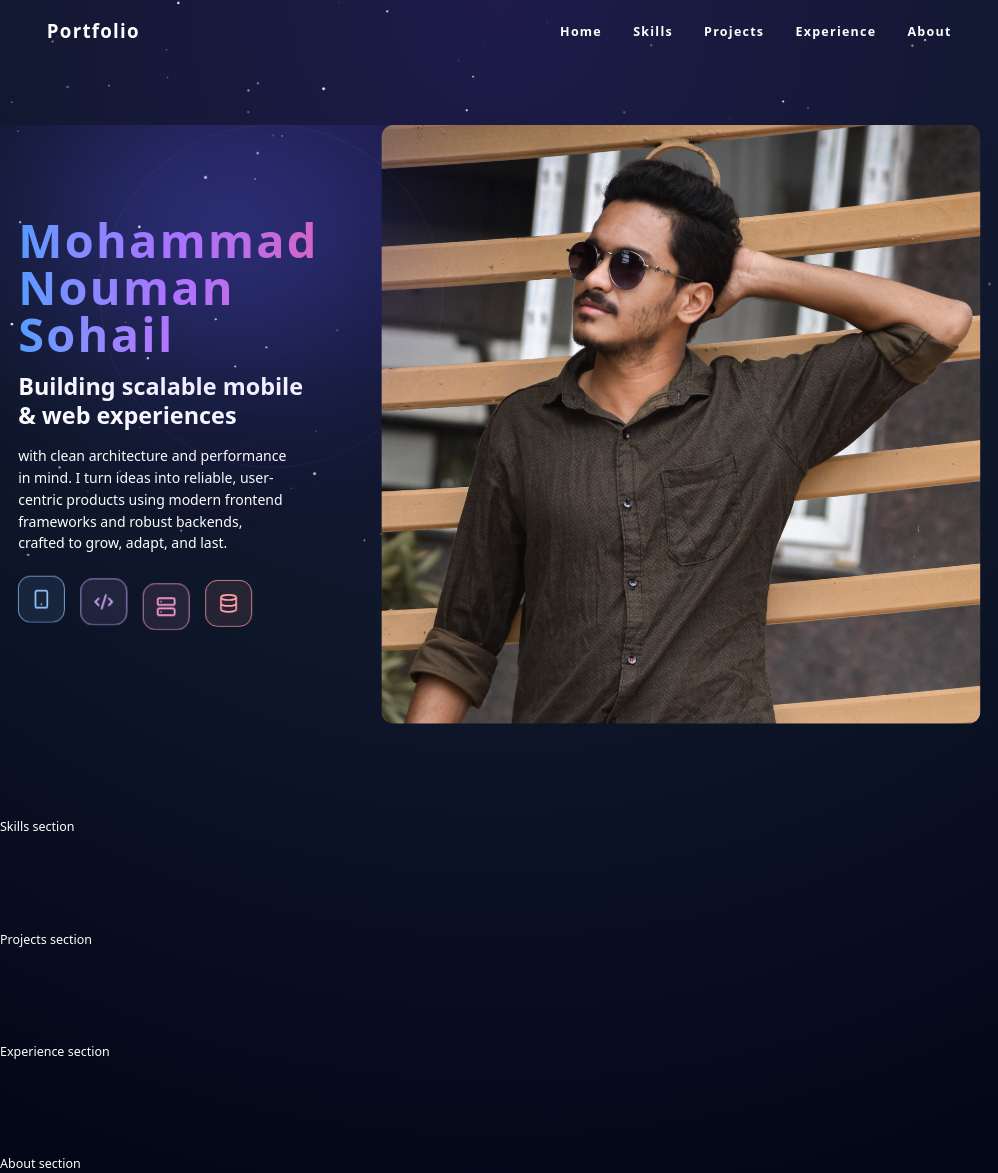
Repository: NoumanSohail/Nouman-Sohail-Portfolio
Page: /
These files come from the project's save history. The page is drawn as it stood at one moment and after the next save; the edit follows.
The browser window is 1280 px wide. The pictures show the whole page, at 78% of full size.
The project was rebuilt for these pictures with package versions that can differ from the ones it lists, and the page was loaded fresh each time. The framework's server and built-in components were replaced by stand-ins that run in the browser. Also part of the build but not shown: next.config.ts.

Above is the page before, as saved 2026-01-24 20:02:20.

### app/layout.tsx
import type { Metadata } from "next";
import { Geist, Geist_Mono } from "next/font/google";
import "./globals.css";
import Navbar from "./components/header/Navbar";
import StarBackground from "./components/ui/StarBackground";

const geistSans = Geist({
  variable: "--font-geist-sans",
  subsets: ["latin"],
});

const geistMono = Geist_Mono({
  variable: "--font-geist-mono",
  subsets: ["latin"],
});

export const metadata: Metadata = {
  title: "Create Next App",
  description: "Generated by create next app",
};

export default function RootLayout({
  children,
}: Readonly<{
  children: React.ReactNode;
}>) {
  return (
    <html lang="en">
      <body
        className={`${geistSans.variable} ${geistMono.variable} antialiased`}
      >
        <StarBackground />
        <Navbar />
        {children}
      </body>
    </html>
  );
}

### app/page.tsx
import React from 'react'
import Hero from './components/sections/Hero'
import Skills from './components/sections/Skills'
import Projects from './components/sections/Projects'
import Experience from './components/sections/Experience'
import About from './components/sections/About'

const page = () => {
  return (
    <div>
      <Hero />
      <Skills />
      <Projects />
      <Experience />
      <About />
    </div>
  )
}

export default page

### app/globals.css
@import "tailwindcss";

html {
  scroll-behavior: smooth;
}

body {
  overflow-x: hidden;
  position: relative;
  background: radial-gradient(circle at 50% 0%, #1e1b4b, #0f172a, #020617);
  min-height: 100vh;
}

### app/components/header/Navbar.tsx
"use client";

import { useEffect, useState } from "react";
import { navLinks } from "@/app/data";
import Link from "next/link";
import { Menu, X } from "lucide-react";

const Navbar = () => {
  const [isScrolled, setIsScrolled] = useState(false);
  const [menuOpen, setMenuOpen] = useState(false);

  useEffect(() => {
    const handleScroll = () => setIsScrolled(window.scrollY > 20);
    window.addEventListener("scroll", handleScroll);
    return () => window.removeEventListener("scroll", handleScroll);
  }, []);

  return (
    <header
      className={`fixed top-0 left-0 right-0 z-50 transition-all ${
        isScrolled
          ? "bg-transparent backdrop-blur-md border-b border-white/20 shadow-lg py-3"
          : "bg-transparent py-6"
      }`}
    >
      <div className="w-full mx-auto max-w-384 flex items-center justify-between px-5 md:px-10 lg:px-15 text-white tracking-widest">
        <h1 className="font-bold text-2xl">Portfolio</h1>

        {/* large displays like laptops */}
        <nav className="hidden lg:flex">
          {navLinks.map((links) => (
            <div key={links.name} className="flex ml-10 font-semibold">
              <Link href={links.id}>{links.name}</Link>
            </div>
          ))}
        </nav>

        {/* Mobile Hamburger */}
        <div className="lg:hidden flex items-center justify-center">
          <button
            onClick={() => setMenuOpen(!menuOpen)}
            className="text-zinc-400"
          >
            <Menu size={30} />
          </button>
        </div>

        {menuOpen && (
          <div className="fixed inset-0 h-screen flex justify-end bg-black/40 backdrop-blur-sm">
            <div className="relative h-full w-[60%] bg-[#0f172a] text-white flex items-center transition-transform duration-300 translate-x-0">
              <button
                onClick={() => setMenuOpen(false)}
                className={`absolute top right-5 md:right-10 text-white ${isScrolled ? "top-3" : "top-6"}`}
              >
                <X size={30} />
              </button>

              <nav className="flex flex-col p-10 gap-10 mt-20">
                {navLinks.map((links) => (
                  <Link
                    key={links.name}
                    href={links.id}
                    onClick={() => setMenuOpen(false)}
                    className="font-semibold"
                  >
                    {links.name}
                  </Link>
                ))}
              </nav>
            </div>
          </div>
        )}
      </div>
    </header>
  );
};

export default Navbar;

### app/components/ui/StarBackground.tsx
"use client";

import { useEffect, useRef } from "react";

const StarBackground = () => {
  const canvasRef = useRef<HTMLCanvasElement | null>(null);

  useEffect(() => {
    const canvas = canvasRef.current;
    if (!canvas) return;

    const ctx = canvas.getContext("2d");
    if (!ctx) return;

    let stars: any[] = [];
    const STAR_COUNT = 120;

    const resize = () => {
      canvas.width = window.innerWidth;
      canvas.height = window.innerHeight;
    };

    resize();
    window.addEventListener("resize", resize);

    // Create stars
    stars = Array.from({ length: STAR_COUNT }).map(() => ({
      x: Math.random() * canvas.width,
      y: Math.random() * canvas.height,
      radius: Math.random() * 1.5 + 0.5,
      speed: Math.random() * 0.3 + 0.1,
      opacity: Math.random(),
    }));

    const animate = () => {
      ctx.clearRect(0, 0, canvas.width, canvas.height);

      stars.forEach((star) => {
        star.y += star.speed;
        if (star.y > canvas.height) {
          star.y = 0;
          star.x = Math.random() * canvas.width;
        }

        ctx.beginPath();
        ctx.arc(star.x, star.y, star.radius, 0, Math.PI * 2);
        ctx.fillStyle = `rgba(255,255,255,${star.opacity})`;
        ctx.fill();
      });

      requestAnimationFrame(animate);
    };

    animate();

    return () => window.removeEventListener("resize", resize);
  }, []);

  return (
    <canvas
      ref={canvasRef}
      className="fixed inset-0 pointer-events-none -z-10"
    />
  );
};

export default StarBackground;

### app/components/sections/Hero.tsx
import { personaldetails } from "@/app/data";
import Image from "next/image";
import me from "@/public/images/me.jpg";
import { Code2, Database, Server, Smartphone } from "lucide-react";

const Hero = () => {
  return (
    <section
      id="home"
      className="relative scroll-mt-40 w-full mx-auto max-w-384
             px-5 md:px-10 lg:px-15
             text-white mt-30 md:mt-40
             min-h-[70vh] overflow-hidden"
    >
      {/* Central Glowing Orb */}
      <div className="absolute w-[35%] h-[35%] bg-indigo-500 rounded-full blur-[120px] opacity-40 animate-pulse [animation-delay:2000ms]" />
      {/* Orbiting Elements */}
      <div className="absolute left-[10%] w-50 h-50 md:w-110 md:h-110 border border-white/5 rounded-full animate-spin [animation-duration:20s]" />

      <div className="flex flex-col lg:flex-row items-center justify-center gap-7 lg:gap-20 text-center lg:text-start">
        <div className="flex flex-col gap-5">
          <h1 className="font-black text-4xl lg:text-6xl tracking-wider text-balance text-transparent bg-clip-text bg-linear-to-r from-blue-400 via-purple-400 to-pink-400">
            {personaldetails.name}
          </h1>
          <h2 className="font-semibold text-2xl lg:text-3xl">
            {personaldetails.tagline}
          </h2>
          <p className="lg:text-lg lg:text-balance">
            {personaldetails.statement}
          </p>

          <div className="flex gap-5 mt-5 items-center justify-center lg:items-start lg:justify-start">
            <Smartphone
              size={60}
              className="p-4 border rounded-2xl backdrop-blur-xs bg-blue-300/10 hover:scale-110
                        border-blue-300  hover:border-blue-300 text-blue-300 hover:text-blue-300
                        transition-all duration-300 animate-bounce [animation-delay:0ms]"
            />
            <Code2
              size={60}
              className="p-4 border rounded-2xl backdrop-blur-xs bg-purple-300/10 hover:scale-110
                        border-purple-300 hover:border-purple-300 text-purple-300 hover:text-purple-300
                        transition-all duration-300 animate-bounce [animation-delay:100ms]"
            />
            <Server
              size={60}
              className="p-4 border rounded-2xl backdrop-blur-xs bg-pink-300/10 hover:scale-110
                        border-pink-300 hover:border-pink-300 text-pink-300 hover:text-pink-300
                        transition-all duration-300 animate-bounce [animation-delay:200ms]"
            />
            <Database
              size={60}
              className="p-4 border rounded-2xl backdrop-blur-xs bg-red-300/10 hover:scale-110
                        border-red-300 hover:border-red-300 text-red-300 hover:text-red-300
                        transition-all duration-300 animate-bounce [animation-delay:300ms]"
            />
          </div>
        </div>

        <Image
          src={me}
          alt={personaldetails.name}
          height={350}
          width={350}
          className="rounded-2xl lg:h-3xl lg:w-3xl"
        />
      </div>
    </section>
  );
};

export default Hero;

### app/components/sections/Skills.tsx

const Skills = () => {
  return (
    <section id="skills" className="h-fit">
      <div className="text-white pt-30">Skills section</div>
    </section>
  );
};

export default Skills;

### app/components/sections/Projects.tsx

const Projects = () => {
  return (
    <section id="projects" className="h-fit">
      <div className="text-white pt-30">Projects section</div>
    </section>
  )
}

export default Projects

### app/components/sections/Experience.tsx

const Experience = () => {
  return (
    <section id="experience" className="h-fit">
      <div className="text-white pt-30">Experience section</div>
    </section>
  );
};

export default Experience;

### app/components/sections/About.tsx

const About = () => {
  return (
    <section id="about" className="h-fit">
      <div className="text-white pt-30">About section</div>
    </section>
  )
}

export default About

### app/data.tsx
export const navLinks = [
  { name: "Home", id: "/#home" },
  { name: "Skills", id: "/#skills" },
  { name: "Projects", id: "/#projects" },
  { name: "Experience", id: "/#experience" },
  { name: "About", id: "/#about" },
];

export const personaldetails = {
  name: "Mohammad Nouman Sohail",
  role: "Full Stack Mobile & Web Developer",
  tagline: "Building scalable mobile & web experiences",
  statement:
    "with clean architecture and performance in mind. I turn ideas into reliable, user-centric products using modern frontend frameworks and robust backends, crafted to grow, adapt, and last.",
};

After the next save:
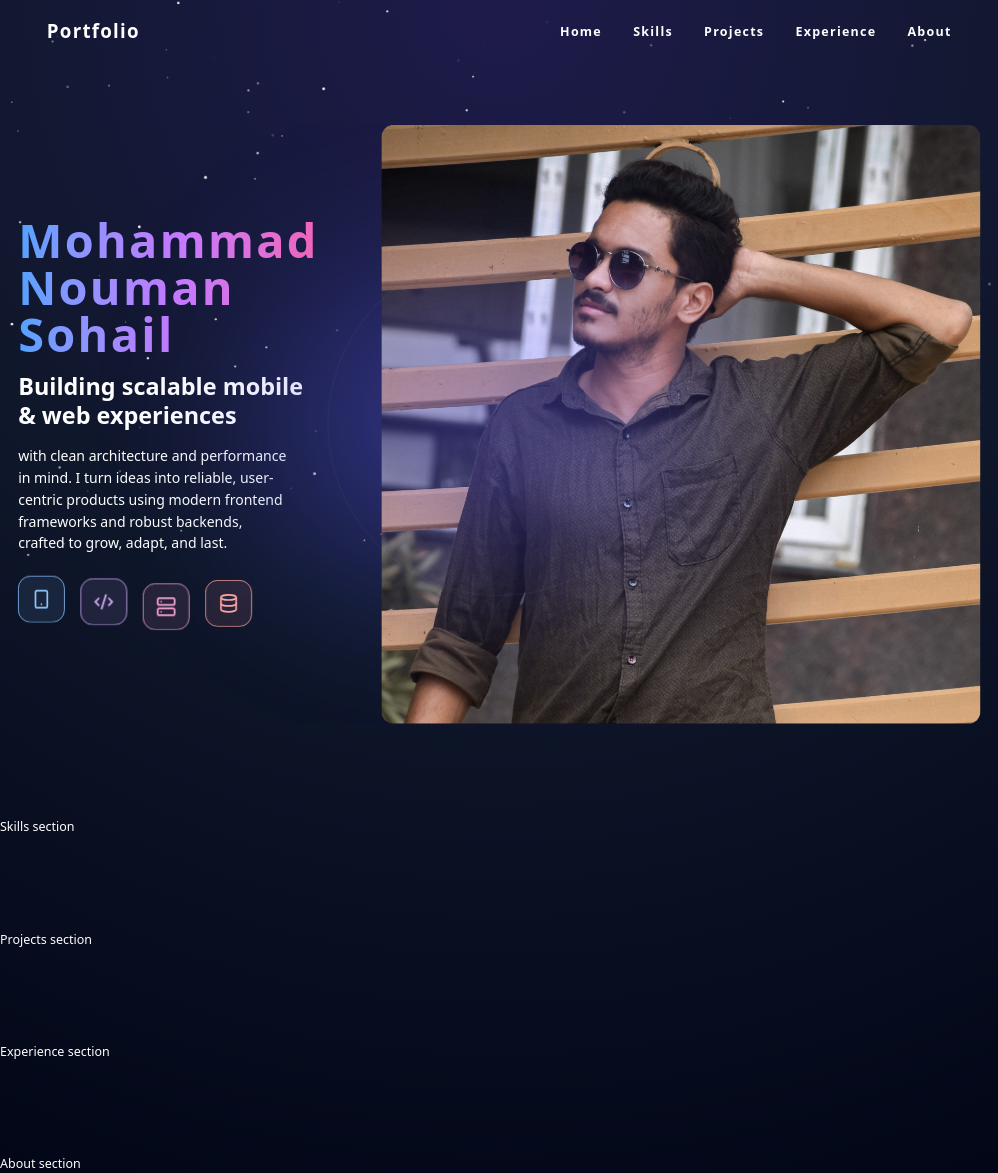
Saved 68 s later.
--- a/app/components/sections/Hero.tsx
+++ b/app/components/sections/Hero.tsx
@@ -13,9 +13,34 @@ const Hero = () => {
              min-h-[70vh] overflow-hidden"
     >
       {/* Central Glowing Orb */}
-      <div className="absolute w-[35%] h-[35%] bg-indigo-500 rounded-full blur-[120px] opacity-40 animate-pulse [animation-delay:2000ms]" />
+      <div
+        className="
+          absolute
+          left-1/2 top-1/2
+          -translate-x-1/2 -translate-y-1/2
+          w-[70vw] h-[70vw]
+          sm:w-[45%] sm:h-[45%]
+          bg-indigo-500 rounded-full
+          blur-[120px] opacity-40
+          animate-pulse
+          [animation-delay:2000ms]
+          z-0
+        "
+      />
+
       {/* Orbiting Elements */}
-      <div className="absolute left-[10%] w-50 h-50 md:w-110 md:h-110 border border-white/5 rounded-full animate-spin [animation-duration:20s]" />
+      <div
+        className="
+          absolute
+          left-1/2 top-1/2
+          -translate-x-1/2 -translate-y-1/2
+          w-50 h-50 md:w-110 md:h-110
+          border border-white/5 rounded-full
+          animate-spin
+          [animation-duration:20s]
+          z-10
+        "
+      />
 
       <div className="flex flex-col lg:flex-row items-center justify-center gap-7 lg:gap-20 text-center lg:text-start">
         <div className="flex flex-col gap-5">
